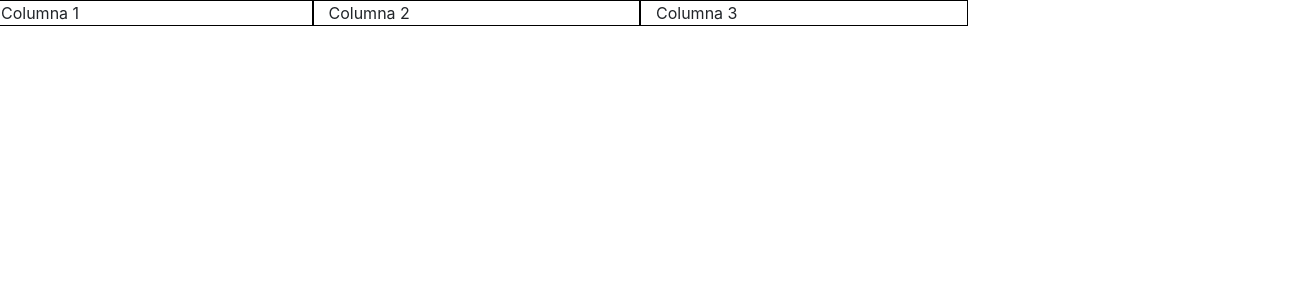
Repository: Enrique-git-hub/curso-java
Page: Workspace/BoostrapTest/src/main/webapp/index.html
The author's editor kept a copy of each file at every save. The page is drawn from the files as they stood at one save, then again after the next save.
The browser window is 1280 px wide. The page is 1295 px wide, so the pictures cover 1295 px, including what lies to the right of the window. The pictures show the whole page.

Above is the page before, as saved 2025-03-18 08:11:13.

### Workspace/BoostrapTest/src/main/webapp/index.html
<!DOCTYPE html>
<html>
<head>
<meta charset="UTF-8">
<!-- Latest compiled and minified CSS -->
<link rel="stylesheet" href="https://cdn.jsdelivr.net/npm/bootstrap@4.6.2/dist/css/bootstrap.min.css">

<!-- jQuery library -->
<script src="https://cdn.jsdelivr.net/npm/jquery@3.7.1/dist/jquery.slim.min.js"></script>

<!-- Popper JS -->
<script src="https://cdn.jsdelivr.net/npm/popper.js@1.16.1/dist/umd/popper.min.js"></script>

<!-- Latest compiled JavaScript -->
<script src="https://cdn.jsdelivr.net/npm/bootstrap@4.6.2/dist/js/bootstrap.bundle.min.js"></script>
<title>BooTstrap</title>
<style type="text/css">
	.borde{
		border: 1px solid #000
	}
</style>
</head>
<body>

	<div class="row">
		<div class="col-sm-3 borde">Columna 1</div>
		<div class="col-sm-3 borde">Columna 2</div>
		<div class="col-sm-3 borde">Columna 3</div>
	</div>

</body>
</html>

After the next save:
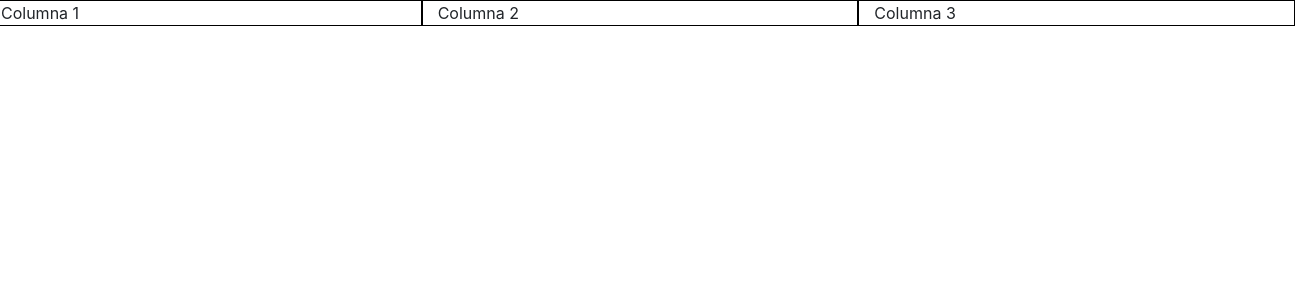
Saved 16 s later.
--- a/Workspace/BoostrapTest/src/main/webapp/index.html
+++ b/Workspace/BoostrapTest/src/main/webapp/index.html
@@ -23,9 +23,9 @@
 <body>
 
 	<div class="row">
-		<div class="col-sm-3 borde">Columna 1</div>
-		<div class="col-sm-3 borde">Columna 2</div>
-		<div class="col-sm-3 borde">Columna 3</div>
+		<div class="col-sm-4 borde">Columna 1</div>
+		<div class="col-sm-4 borde">Columna 2</div>
+		<div class="col-sm-4 borde">Columna 3</div>
 	</div>
 
 </body>
